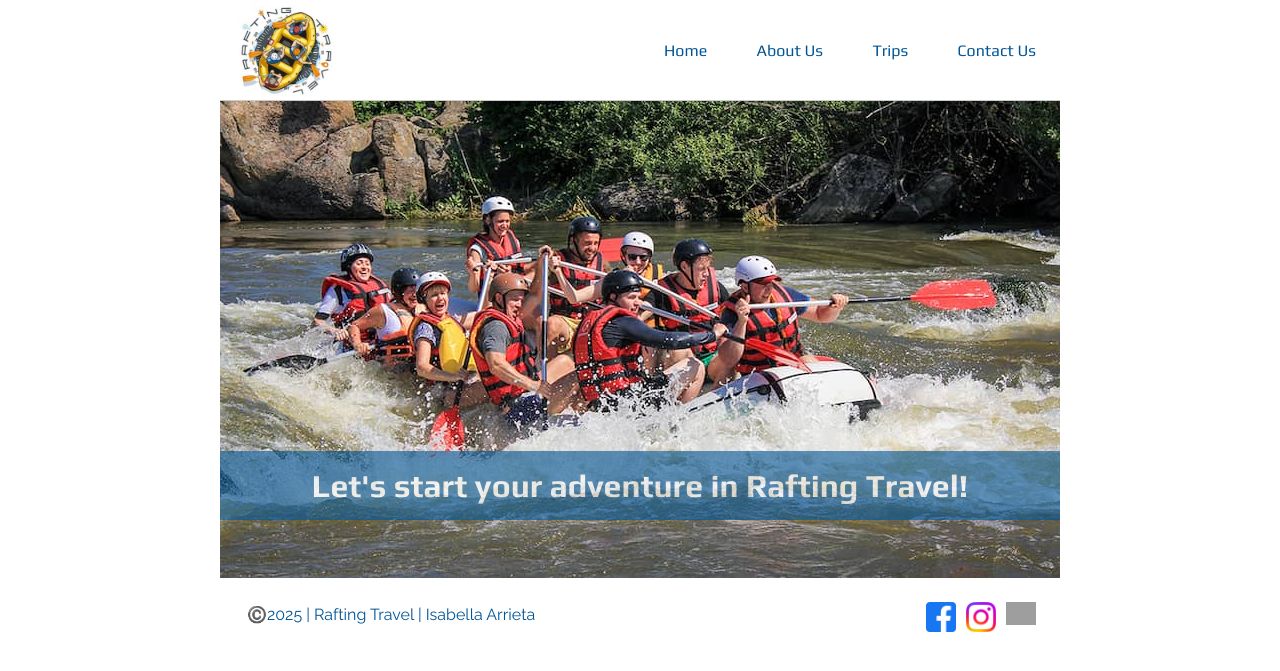
Repository: isaAJ05/wdd130
Page: wwr/index.html
These files come from the project's save history. The page is drawn as it stood at one moment and after the next save; the edit follows.
The browser window is 1280 px wide. The pictures show the whole page.
Pictures or frames that could not be fetched are drawn as grey boxes.

Above is the page before, as saved 2025-06-16 20:10:15.

### wwr/index.html
<!DOCTYPE html>
<html lang="en">
<head>
    <meta charset="UTF-8">
    <meta name="viewport" content="width=device-width, initial-scale=1.0">
    <title>Home-Rafting Travel</title>
    <meta name="description" content="Main page: Rafting Travel">
    <meta name="author" content="Isabella Arrieta">
    <link rel="stylesheet" href="styles/rafting.css">
    <link rel="preconnect" href="https://fonts.googleapis.com">
    <link rel="preconnect" href="https://fonts.gstatic.com" crossorigin>
    <link href="https://fonts.googleapis.com/css2?family=Play:wght@400;700&family=Raleway:ital,wght@0,100..900;1,100..900&display=swap" rel="stylesheet">
</head>
<body>
    <header>
        <img src ="images/z-raftingcompas.jpg" alt="Rafting Company Logo">
    <nav>
        <a href="index.html">Home</a>
        <a href="about.html">About Us</a>
        <a href="trips.html">Trips</a>
        <a href="contact.html">Contact Us</a>
    </nav>
    </header>
    <main>
        <div class="hero">
            <img src="images/rafting10_1024.jpg" alt="Rafting">
            <h1>Let's start your adventure in Rafting Travel!</h1>
        </div>
        </main>
    <footer>
        <p>©️2025 | Rafting Travel | Isabella Arrieta</p>
        <nav class="socialmedia">
            <a href="https://www.facebook.com/">
                <img src="images/facebook.webp" alt="Facebook" width="30">
            </a>
            <a href="https://www.instagram.com/">
                <img src="images/instagram.webp" alt="Instagram" width="30">
            </a>
            <a href="https://x.com/home">
                <img src="images/x.webp" alt="X" width="30">
            </a>
        </nav>
    </footer>
</body>
</html>

### wwr/styles/rafting.css
:root {
    --primary-color: #FC9F1C;
    --secondary-color: #FFE77C;
    --accent1-color: #025595;
    --accent2-color: #A6DEF6;
    --heading-font: "Play", sans-serif;
    --body-font: "Raleway", sans-serif;
}

header {
    margin: 1rem auto;
    background-color: #fff;
    color: var(--secondary-color);
    display: grid;
	grid-template-columns: 1fr 1fr;
    align-items: center;
    border-bottom: 1px solid #ccc;

}
header img {
    width: 100px;
    height: auto;
    margin-left: 16px;
}
*{
    margin: 0;
    padding: 0;
    box-sizing: border-box;
}
body {
    font-family: var(--body-font);
    color: var(--accent1-color);
}
 header, main, footer {
    width: 840px;
    margin: 0 auto;
}
h1, h2{
    font-family: var(--heading-font);
    color: var(--accent1-color);
}
p, section, article{
    margin: 16px;
    padding: 8px;
}
.History {
    display: grid;
	grid-template-columns: 1fr 1fr 1fr;
    align-items: center;
    grid-gap: 1px;
}
.History h2{
    grid-column: 1/4;
    text-align: center;

}
.History img{
    width: 100%;
    height: auto;
}
.Adventure {
    display: grid;
    grid-template-columns: 1fr 1fr 1fr 1fr 1fr;
    align-items: center;
    grid-gap: 15px;
}
.Adventure h2{
    grid-column: 1/6;
    text-align: center;
}
.Adventure img{
    width: 100%;
    height: auto;
}
figcaption {
    text-align: center;
}
nav {
    margin: 16px;
    padding: 8px;
    display: flex;
    justify-content: space-between;
	flex: 1 1 auto;

}
nav a {
    text-decoration: none;
    font-family: var(--heading-font);
    color: var(--accent1-color);
}
nav a:hover {
    color: var(--primary-color);
    text-decoration: underline;
}

.socialmedia a{
    text-decoration: none;
}
.socialmedia {
    justify-content: right;
    gap: 10px;
}

.herodiv{
    position: relative;
    margin: 1em auto;

}

.herodiv img{
    display: block;
    width: 100%;
    height: auto;
}

.herodiv h1{
    position: absolute;
    top: 20px;
    width: 100%;
    padding: 16px;
    text-align: center;
    opacity: 0.9;
    background-color: var(--accent1-color);
    color: #ffffff;

}

.herodiv article{
    position: absolute;
    top: 150px;
    left: 5px;
    width: 800px;
    opacity: 0.9;
    background-color: var(--accent1-color);
    color: #ffffff;
}
.herodiv article img{
    float: right;
    width: 230px;
    padding: 8px;
}
footer {
    display: flex;

}
footer p {
    margin: 19px;
    padding: 8px;

}
.rectangle-3 {
	width: 840px;
	height: 159px;
	padding: 8px 8px 8px 8px;
	background:var(--accent1-color);
    margin: 0 auto;
    display: flex;
    flex-direction: column;
    align-items: center;
    justify-content: center;
	border-radius: 3px 3px 3px 3px;

}
.rectangle-3 .header-3 {
    width: 463px;
	height: 36px;
	color: #FFFFFF;
	font-family: var(--heading-font);
	font-weight: 700;
	font-size: 30px;
	line-height: 1.2;
	text-align: center;
}
.we-love-questions-and-feedback-and-we-re-always- {
	width: 418px;
	height: 44px;
	color: #FFFFFF;
	font-family: var(--body-font);
	font-weight: 400;
	font-size: 13px;
	line-height: 1.4;
	text-align: center;
}
.rectangle-4 {
	width: 840px;
	height: 348px;
	background: #FFFFFF;
	border-radius: 3px 3px 3px 3px;
    display: flex;
    align-items: flex-start;
}
.column-text{
    flex:1;
    padding: 20px;
    align-items: center;
}
.column-text .block{
    flex:1;
}

.column-map {
    flex: 1;
    text-align: right;;
}

.column-map iframe {
	max-width: 463px;
	height: 348px;
	background: #00000000;

}


.header-14 {
	width: 223px;
	color: var(--accent1-color);
	font-family: var(--body-font);
	font-weight: 700;
	font-size: 24px;
	line-height: 1.2;
    text-align: left;
    margin-top: 34px;
}
.jackson-wyoming-ee-uu- {

    margin-top: 35px;
	color: var(--accent1-color);
	font-family: var(--body-font);
	font-weight: 600;
	font-size: 16px;
	line-height: 1.1;
	text-align: left;
    padding-left: 6px;
}


.address-phone-and-email {
    margin-top: 20px;
	color: var(--accent1-color);
	font-family: var(--body-font);
	font-weight: 400;
	font-size: 11px;
	line-height: 1.5;
	text-align: left;
}
.address-phone-and-email img {
	width: 18px;
	height: 18px;
}
.address-phone-and-email figure {
    display: flex;
    gap: 10px;
    margin: 0;
    margin-top: 10px;
}



.rectangle-5 {
	width: 840px;
	height: 240px;
    padding: 20px 20px 20px 20px;
	background: var(--accent1-color);
	border-radius: 3px 3px 3px 3px;
    display: grid;
    grid-template-columns: 1fr 1fr 1fr;
    align-items: center;
    justify-items: center;
}
.rectangle-5 img {
	width: 120px;
	height: 135px;
	background: #00000000;
}

.rectangle-5 figcaption {
	width: 111px;
	height: 15px;
	color: #FFFFFF;
	font-family: var(--body-font);
	font-weight: 500;
	font-size: 14px;
	line-height: 1.1;
	text-align: center;
}

.header-16 {
	width: 223px;
	height: 48px;
	color: #FFFFFF;
	font-family: var(--heading-font);
	font-weight: 700;
	font-size: 24px;
	line-height: 1.2;
	text-align: center;
    grid-column: 1/4;
    margin: 0 auto;
}

.rectangle-6 {
	width: 840px;
	height: 551px;
	padding: 8px 8px 8px 8px;
	background: #EDF0F4;
	border-radius: 3px 3px 3px 3px;
}
.rectangle-6 h2{
    margin-top: 48px;
	color: #3B4754;
	font-family: var(--heading-font);
	font-weight: 700;
	font-size: 24px;
	line-height: 1.2;
	text-align: center;
}

.rectangle-6 p {
	color: #4f6278;
	font-family: var(--body-font);
	font-weight: 400;
	font-size: 13px;
	line-height: 1.5;
	text-align: center;
}

.rectangle-6 .row {
    display: flex;
    gap: 20px;
    align-items: center;
    justify-content: center;
    padding-top: 16px;
    padding-bottom: 16px;

}

.rectangle-6 .form-title {
    display: flex;
    flex-direction: column;

}
.rectangle-6 .form-title label{
	width: 31px;
	height: 12px;
	color: #3B4754;
	font-family: var(--body-font);
	font-weight: 700;
	font-size: 11px;
	line-height: 1.1;
	text-align: left;
}
.rectangle-6 .form-title input{
	width: 225px;
	height: 28px;
	background: #FFFFFF;
	color: #9FAFC1;
	border-color: #C9D3DD;
	border-width: 2px;
	border-style: solid;
	border-radius: 4px 4px 4px 4px;
	font-family: var(--body-font);
	font-weight: 400;
	font-size: 12px;
	text-align: left;
    margin-top: 4px;
}
.rectangle-6 .title label{
	width: 31px;
	height: 12px;
	color: #3B4754;
	font-family: var(--body-font);
	font-weight: 700;
	font-size: 11px;
	line-height: 1.1;
	text-align: left;
    padding-left: 176px;
}
.radio{
    padding-left: 176px;

}

input[type="radio"]{
	background: #FFFFFF;
	border-color: #C9D3DD;
	border-width: 1.5px;
	border-style: solid;
}
.radio label {
    font-family: var(--body-font);
	font-weight: normal;
	font-size: 12px;
	text-align: left;
    color: #232323;
}
.rectangle-6 .textarea {
    display: flex;
    flex-direction: column;
    align-items: center;
    justify-content: center;
}
.rectangle-6 .textarea textarea {
    width: 469px;
	height: 99px;
	background: #FFFFFF;
	color: #000000;
	border-color: #C9D3DD;
	border-width: 2px;
	border-style: solid;
	border-radius: 4px 4px 4px 4px;
	font-family: var(--body-font);
	font-weight: 400;
	font-size: 12px;
	text-align: left;

}
.check {
    padding-left: 260px;
    padding-top: 20px;
    padding-bottom: 16px;
}
.check checkbox {
	width: 371px;
	height: 19px;
	background: #FFFFFF;
	border-color: #C9D3DD;
	border-width: 1.5px;
	border-style: solid;

}

.check label{
    font-family: var(--body-font);
	font-weight: normal;
	font-size: 12px;
	text-align: left;
	color: #4f6278;;
}
.send {
    padding-left: 360px;
}
.rectangle-6 button {
	width: 100px;
	height: 28px;
	padding: 0px 10px 0px 10px;
	background: var(--accent1-color);
	color: #FFFFFF;
	border-color: #3B4754;
	border-width: 1px;
	border-style: solid;
	border-radius: 2px 2px 2px 2px;
	font-family: var(--body-font);
	font-weight: 700;
	font-size: 10px;
	text-align: center;

}
.rectangle-6 button:hover {
    background: var(--primary-color);
    color: #fff;
    cursor: pointer;
}
.hero {
	position: relative;
}
.hero img {
	width: 100%;
	display: block;
}
.hero h1 {
	position: absolute;
	top: 350px;
	width: 100%;
    padding: 16px;
    text-align: center;
    opacity: 0.6;
    background-color: var(--accent1-color);
    color: #ffffff;
}

After the next save:
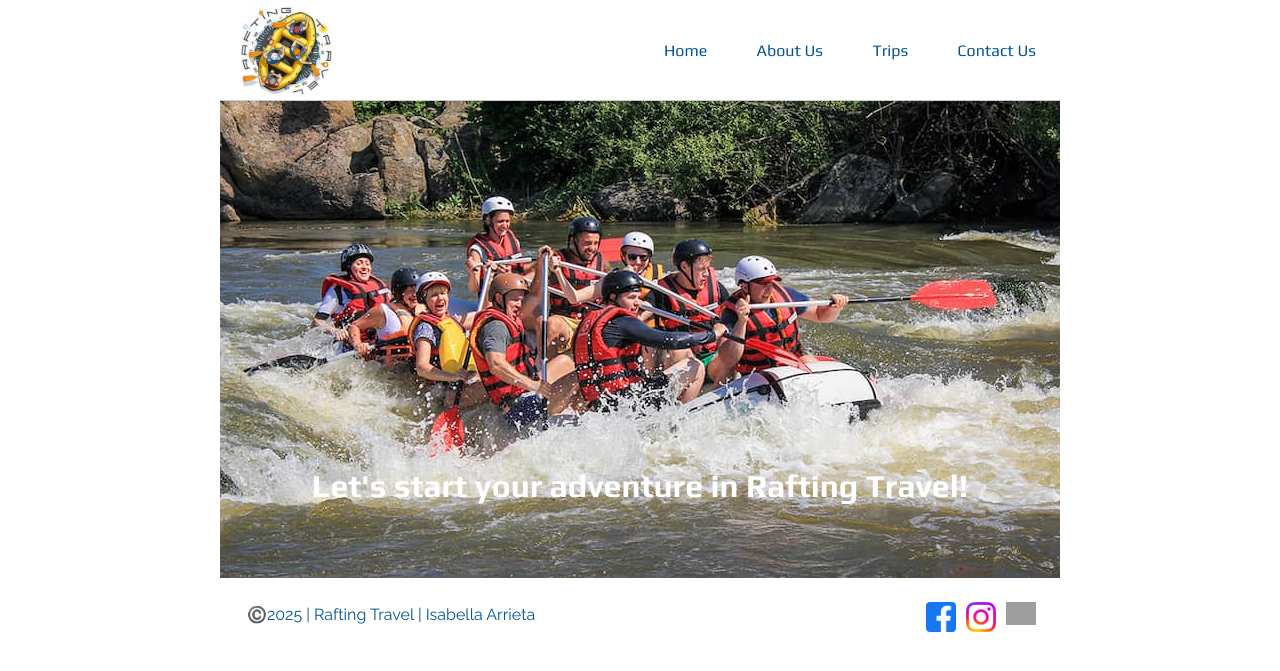
Saved 40 s later.
--- a/wwr/styles/rafting.css
+++ b/wwr/styles/rafting.css
@@ -472,7 +472,5 @@ input[type="radio"]{
 	width: 100%;
     padding: 16px;
     text-align: center;
-    opacity: 0.6;
-    background-color: var(--accent1-color);
     color: #ffffff;
 }
